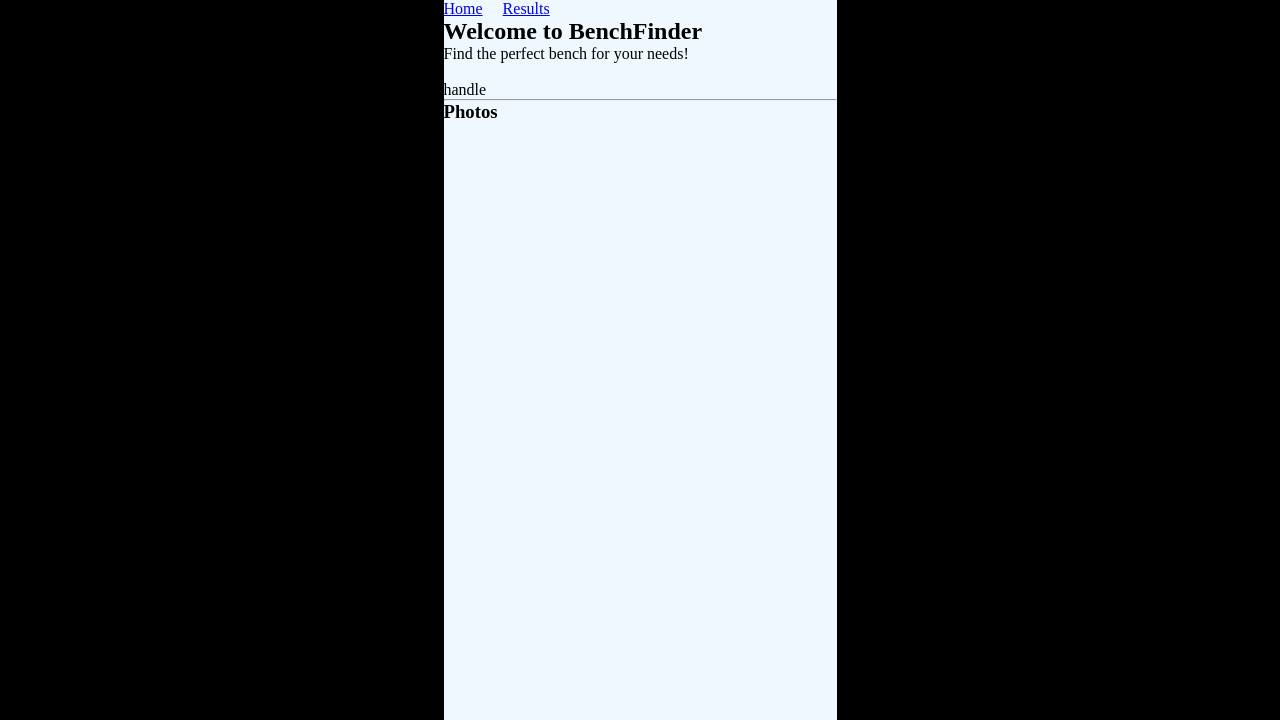
Repository: HidayatPatil/BenchFinder
Page: /
The author's editor kept a copy of each file at every save. The page is drawn from the files as they stood at one save, then again after the next save.
The browser window is 1280 px wide. The pictures show the whole page.
The project was rebuilt for these pictures with package versions that can differ from the ones it lists, and the page was loaded fresh each time. Also part of the build but not shown: vite.config.js, src/Results.jsx.

Above is the page before, as saved 2025-10-09 18:25:38.

After the next save:
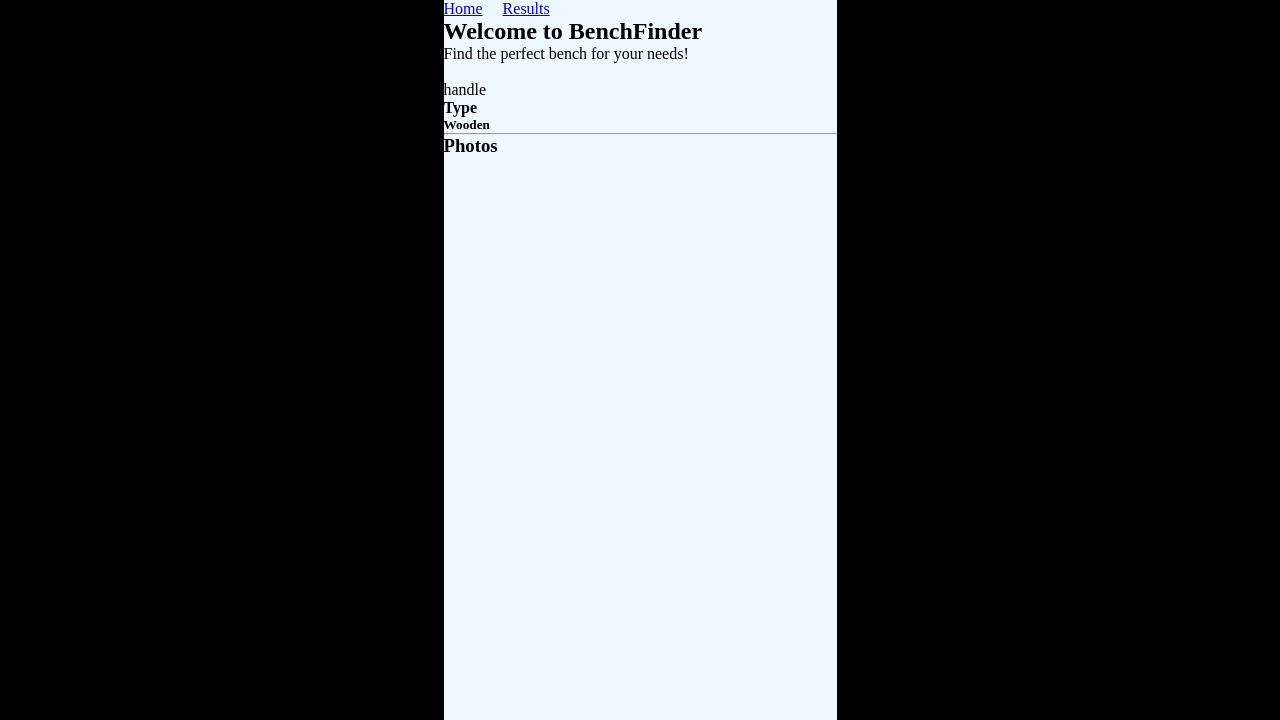
Saved 30 s later.
--- a/src/components/contentDrawer.jsx
+++ b/src/components/contentDrawer.jsx
@@ -5,7 +5,10 @@ export default function ContentDrawer(){
             <div className="bench_data">
                 <div className="data_section1"></div>
                 <div className="data_bench_overview">
-                    <div className="bench_type"></div>
+                    <div className="bench_type">
+                        <h4>Type</h4>
+                        <h5>Wooden</h5>
+                    </div>
                     <div className="bench_cleanliness"></div>
                     <div className="bench_view"></div>
                 </div>
